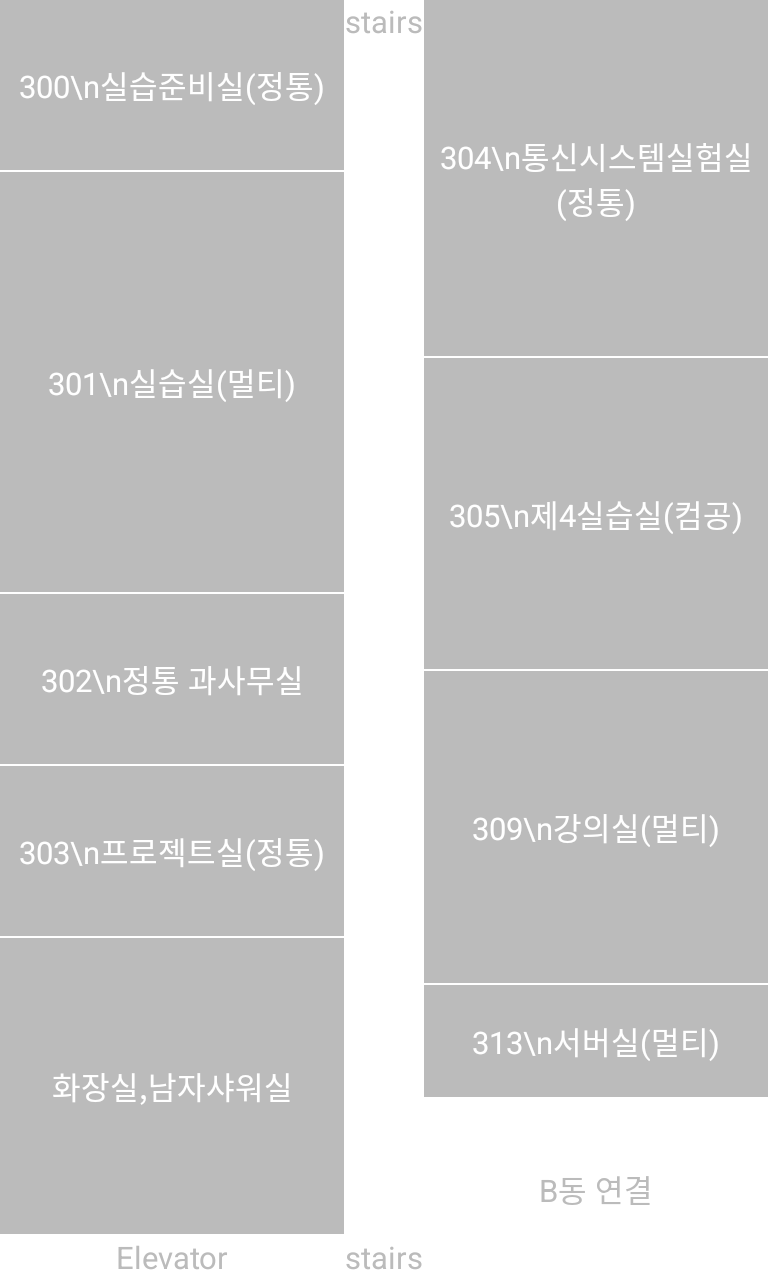
Repository: Choi-HyunWoo/Baddest
Layout: WorkOn_Hyunwoo/hansung.campusmap/res/layout/campus_gonghakbb1.xml
These files come from the project's save history. The layout is drawn as it stood at one moment and after the next save; the edit follows.
It is drawn on a 768 x 1280 px phone screen (xhdpi) without system bars, with theme android:Theme.Light.NoTitleBar; the app's code is not run.

Above is the layout before, as saved 2014-05-30 18:22:42.

### WorkOn_Hyunwoo/hansung.campusmap/res/layout/campus_gonghakbb1.xml
<?xml version="1.0" encoding="utf-8"?>
<LinearLayout  xmlns:android="http://schemas.android.com/apk/res/android"
    android:baselineAligned="false"
    android:layout_width="match_parent"
    android:layout_height="match_parent"
    android:orientation="horizontal" >

    <LinearLayout
        android:layout_width="fill_parent"
        android:layout_height="match_parent"
        android:layout_weight="1"
        android:orientation="vertical" >

        <Button
            android:text="300\n실습준비실(정통)"
            android:layout_weight="1"
            style="@style/RoomButton" />
        <Button
            android:text="301\n실습실(멀티)"
            android:layout_weight="3"
            style="@style/RoomButton" />
        <Button
            android:text="302\n정통 과사무실"
            android:layout_weight="1"
            style="@style/RoomButton" />
        <Button
            android:text="303\n프로젝트실(정통)"
            android:layout_weight="1"
            style="@style/RoomButton" />
        <Button
            android:text="화장실,남자샤워실"
            android:layout_weight="2"
            style="@style/RoomButton" />
        <Button
            android:text="Elevator"
            android:layout_weight="0"
            style="@style/WhitePlace" />

    </LinearLayout>

    <RelativeLayout
    	android:layout_width="40dp"
        android:layout_height="match_parent"
        android:orientation="vertical" >
	    <TextView
	        android:text="stairs"
	        style="@style/WhitePlace"
	        android:layout_width="match_parent"
	        android:layout_height="wrap_content"
	        android:layout_alignParentTop="true" />
	    <TextView
	        android:text="stairs"
	        style="@style/WhitePlace"
	        android:layout_width="match_parent"
	        android:layout_height="wrap_content"
	        android:layout_alignParentBottom="true" />
	</RelativeLayout>

    <LinearLayout
        android:layout_width="fill_parent"
        android:layout_height="match_parent"
        android:layout_weight="1"
        android:orientation="vertical" >

        <Button
            android:text="304\n통신시스템실험실 (정통)"
            android:layout_weight="2"
            style="@style/RoomButton" />
        <Button
            android:text="305\n제4실습실(컴공)"
            android:layout_weight="2"
            style="@style/RoomButton" />
        <Button
            android:text="309\n강의실(멀티)"
            android:layout_weight="2"
            style="@style/RoomButton" />
        <Button
            android:text="313\n서버실(멀티)"
            android:layout_weight="0.5"
            style="@style/RoomButton" />
        <Button
            android:text="B동 연결"
            android:layout_weight="1"
            style="@style/WhitePlace" />

    </LinearLayout>
</LinearLayout>

### WorkOn_Hyunwoo/hansung.campusmap/res/values/styles.xml
<resources xmlns:android="http://schemas.android.com/apk/res/android">


    <style name="BuildingButton">
        <item name="android:background">@drawable/bt_selector</item>
        <item name="android:textColor">@color/White</item>
        <item name="android:gravity">center</item>
        <item name="android:textSize">6pt</item>
        <item name="android:layout_gravity">fill</item>
        <item name="android:layout_margin">2dp</item>
    </style>
    <style name="MapOthers">
		<item name="android:background">@color/White</item>
        <item name="android:textColor">@color/LightGray</item>
        <item name="android:gravity">center</item>
        <item name="android:textSize">5pt</item>
        <item name="android:layout_gravity">fill</item>
        <item name="android:layout_margin">2dp</item>
    </style>

    <style name="RoomButton">
        <item name="android:background">@drawable/bt_selector</item>
		<item name="android:layout_width">match_parent</item>
        <item name="android:layout_height">wrap_content</item>
        <item name="android:layout_marginBottom">1dp</item>
        <item name="android:gravity">center</item>
        <item name="android:textColor">@color/White</item>
        <item name="android:textSize">7pt</item>
    </style>
    <style name="WhitePlace">
        <item name="android:background">@color/White</item>
		<item name="android:layout_width">match_parent</item>
        <item name="android:layout_height">wrap_content</item>
        <item name="android:layout_marginBottom">1dp</item>
        <item name="android:gravity">center</item>
        <item name="android:textColor">@color/LightGray</item>
        <item name="android:textSize">7pt</item>
    </style>

    <style name="NullPlace">
        <item name="android:background">#dddddd</item>
		<item name="android:layout_width">match_parent</item>
        <item name="android:layout_height">wrap_content</item>
        <item name="android:layout_marginBottom">1dp</item>
        <item name="android:gravity">center</item>
        <item name="android:textColor">@color/LightGray</item>
        <item name="android:textSize">7pt</item>
    </style>

    <style name="FloorButton">
        <item name="android:background">@color/DarkGray</item>
		<item name="android:layout_width">wrap_content</item>
        <item name="android:layout_height">30dp</item>
        <item name="android:layout_marginRight">1dp</item>
        <item name="android:layout_weight">1</item>
        <item name="android:gravity">center</item>
        <item name="android:textColor">@color/White</item>
        <item name="android:textSize">6pt</item>
    </style>


</resources>

### WorkOn_Hyunwoo/hansung.campusmap/res/values/colors.xml
<resources>





    <color name="MainColor">#33B5E5</color>
    <color name="DarkSkyblue">#0099CC</color>
    <color name="White">#FFFFFF</color>
    <color name="Black">#000000</color>
    <color name="LightGray">#BBBBBB</color>
    <color name="DarkGray">#999999</color>

</resources>

### WorkOn_Hyunwoo/hansung.campusmap/res/drawable-hdpi/bt_selector.xml
<?xml version="1.0" encoding="utf-8"?>
<selector xmlns:android="http://schemas.android.com/apk/res/android" >
    <item android:state_pressed="true"
        android:drawable="@color/MainColor" /> <!-- pressed button color -->
    <item
        android:drawable="@color/LightGray" /> <!-- default button color -->
</selector>

After the next save:
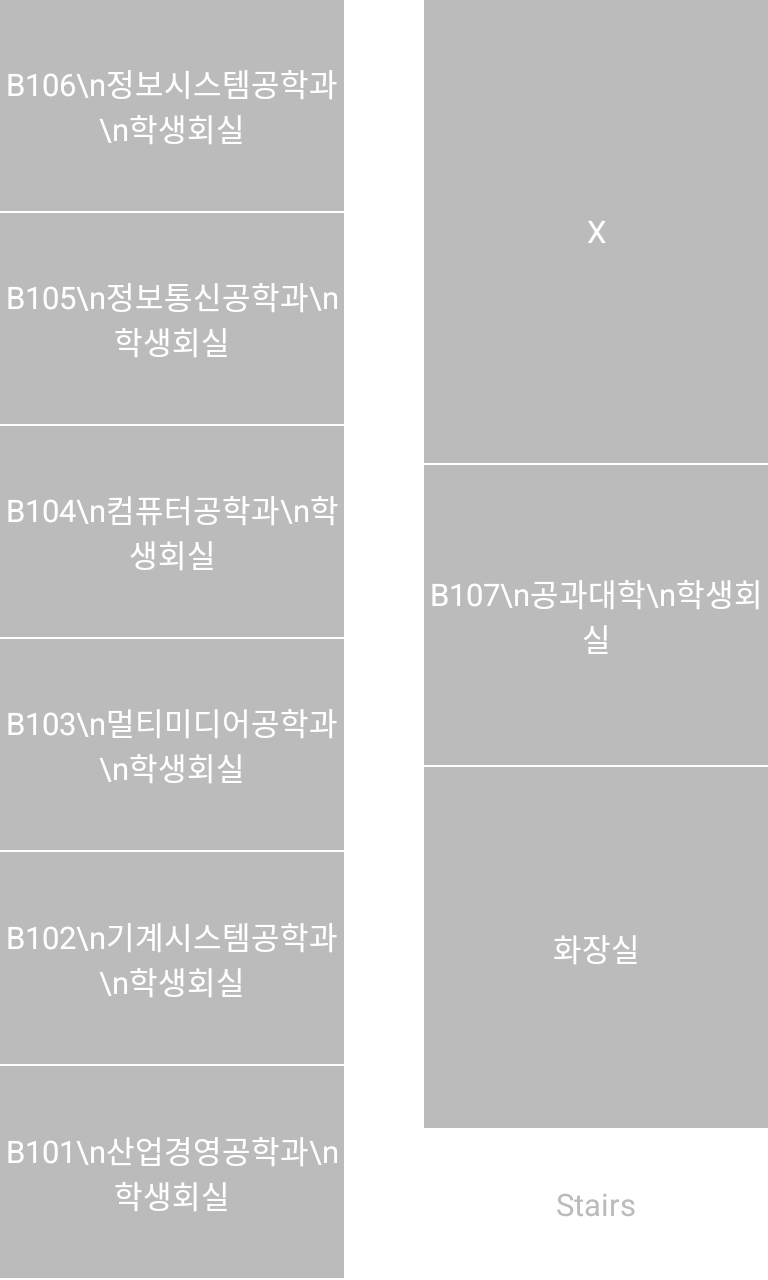
Saved 2 s later.
--- a/WorkOn_Hyunwoo/hansung.campusmap/res/layout/campus_gonghakbb1.xml
+++ b/WorkOn_Hyunwoo/hansung.campusmap/res/layout/campus_gonghakbb1.xml
@@ -5,55 +5,42 @@
     android:layout_height="match_parent"
     android:orientation="horizontal" >
 
-    <LinearLayout
+   <LinearLayout
         android:layout_width="fill_parent"
         android:layout_height="match_parent"
         android:layout_weight="1"
         android:orientation="vertical" >
-
         <Button
-            android:text="300\n실습준비실(정통)"
+            android:text="B106\n정보시스템공학과\n학생회실"
             android:layout_weight="1"
             style="@style/RoomButton" />
         <Button
-            android:text="301\n실습실(멀티)"
-            android:layout_weight="3"
-            style="@style/RoomButton" />
-        <Button
-            android:text="302\n정통 과사무실"
+            android:text="B105\n정보통신공학과\n학생회실"
             android:layout_weight="1"
             style="@style/RoomButton" />
         <Button
-            android:text="303\n프로젝트실(정통)"
+            android:text="B104\n컴퓨터공학과\n학생회실"
             android:layout_weight="1"
             style="@style/RoomButton" />
         <Button
-            android:text="화장실,남자샤워실"
-            android:layout_weight="2"
+            android:text="B103\n멀티미디어공학과\n학생회실"
+            android:layout_weight="1"
             style="@style/RoomButton" />
         <Button
-            android:text="Elevator"
-            android:layout_weight="0"
-            style="@style/WhitePlace" />
-
+            android:text="B102\n기계시스템공학과\n학생회실"
+            android:layout_weight="1"
+            style="@style/RoomButton" />
+        <Button
+            android:text="B101\n산업경영공학과\n학생회실"
+            android:layout_weight="1"
+            style="@style/RoomButton" />
     </LinearLayout>
 
-    <RelativeLayout
+
+   	<RelativeLayout
     	android:layout_width="40dp"
         android:layout_height="match_parent"
-        android:orientation="vertical" >
-	    <TextView
-	        android:text="stairs"
-	        style="@style/WhitePlace"
-	        android:layout_width="match_parent"
-	        android:layout_height="wrap_content"
-	        android:layout_alignParentTop="true" />
-	    <TextView
-	        android:text="stairs"
-	        style="@style/WhitePlace"
-	        android:layout_width="match_parent"
-	        android:layout_height="wrap_content"
-	        android:layout_alignParentBottom="true" />
+        android:orientation="vertical"  >
 	</RelativeLayout>
 
     <LinearLayout
@@ -63,23 +50,22 @@
         android:orientation="vertical" >
 
         <Button
-            android:text="304\n통신시스템실험실 (정통)"
+            android:text="X"
+            android:layout_weight="4"
+            style="@style/RoomButton" />
+
+        <Button
+            android:text="B107\n공과대학\n학생회실"
             android:layout_weight="2"
             style="@style/RoomButton" />
+
         <Button
-            android:text="305\n제4실습실(컴공)"
-            android:layout_weight="2"
+            android:text="화장실"
+            android:layout_weight="3"
             style="@style/RoomButton" />
+
         <Button
-            android:text="309\n강의실(멀티)"
-            android:layout_weight="2"
-            style="@style/RoomButton" />
-        <Button
-            android:text="313\n서버실(멀티)"
-            android:layout_weight="0.5"
-            style="@style/RoomButton" />
-        <Button
-            android:text="B동 연결"
+            android:text="Stairs"
             android:layout_weight="1"
             style="@style/WhitePlace" />
 
